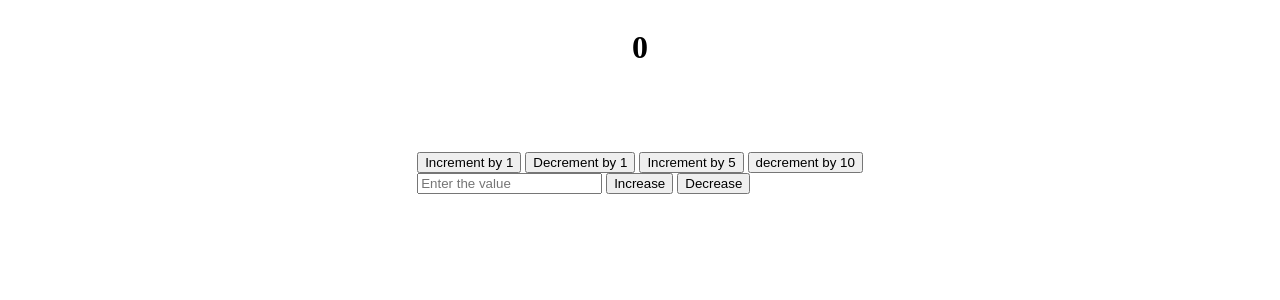
Repository: drumsmanku/micro-project-2
Page: index.html
An editor plug-in stored every save of this project. The page is shown before and after the next save, followed by the edit.
The browser window is 1280 px wide. The pictures show the whole page.

Above is the page before, as saved 2023-04-07 19:28:47.

### index.html
<!DOCTYPE html>
<html lang="en">
<head>
  <meta charset="UTF-8">
  <meta http-equiv="X-UA-Compatible" content="IE=edge">
  <meta name="viewport" content="width=device-width, initial-scale=1.0">
  <link rel="stylesheet" href="style.css">
  <title>micro Project 2</title>
</head>
<body>
  <div class="my-elements">
    <h1 id="h1-tag">0</h1>
    <div class="second-part">
      <div class="second-first-part">
        <button id="clicked-1">Increment by 1</button>
        <button id="clicked-2">Decrement by 1</button>
        <button id="clicked-3">Increment by 5</button>
        <button id="clicked-4">decrement by 10</button>
      </div>
      <div class="second-second-part">
        <input type="number" name="num" id="num" placeholder="Enter the value">
        <button id="inc-dec-1">Increase</button>
        <button id="inc-dec-2">Decrease</button>
      </div>

    </div>
  </div>
</body>
</html>

### style.css
.my-elements{
  display: flex;
  justify-content: center;
  align-items: center;
  flex-direction: column;
}

.second-part{
  display: flex;
  flex-direction: column;
  flex-wrap: wrap;
  margin-top: 4rem;
}

.second-first-part{
  display: inline-block;
}

After the next save:
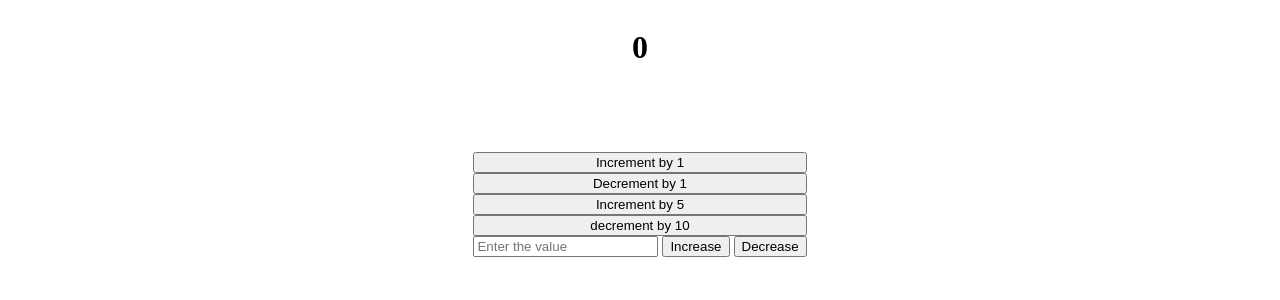
Saved 44 s later.
--- a/style.css
+++ b/style.css
@@ -13,5 +13,6 @@
 }
 
 .second-first-part{
-  display: inline-block;
+  display: flex;
+  flex-direction: column;
 }
